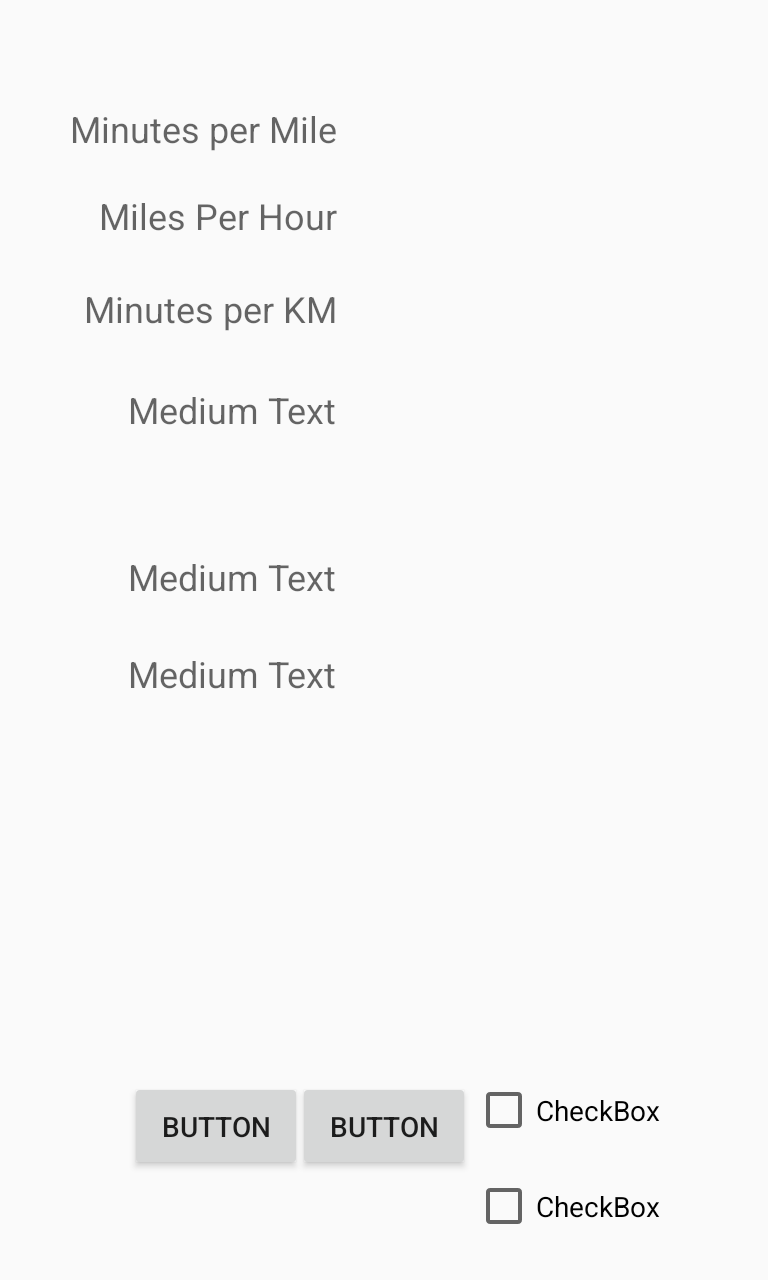
Repository: joeryan/android-class
Layout: PaceConverter/res/layout/fragment_main.xml
The author's editor kept a copy of each file at every save. The layout is drawn from the files as they stood at one save, then again after the next save.
It is drawn on a 768 x 1280 px phone screen (xhdpi) without system bars, with theme AppTheme; the app's code is not run.

Above is the layout before, as saved 2014-05-23 16:25:29.

### PaceConverter/res/layout/fragment_main.xml
<RelativeLayout xmlns:android="http://schemas.android.com/apk/res/android"
    xmlns:tools="http://schemas.android.com/tools"
    android:layout_width="match_parent"
    android:layout_height="match_parent"
    android:paddingBottom="@dimen/activity_vertical_margin"
    android:paddingLeft="@dimen/activity_horizontal_margin"
    android:paddingRight="@dimen/activity_horizontal_margin"
    android:paddingTop="@dimen/activity_vertical_margin"
    tools:context="us.clanryan.paceconverter.MainActivity$PlaceholderFragment" >

    <TextView
        android:id="@+id/txtMilesPerHour"
        android:layout_width="wrap_content"
        android:layout_height="wrap_content"
        android:layout_alignRight="@+id/txtMilesPerMinute"
        android:layout_below="@+id/txtMilesPerMinute"
        android:layout_marginTop="19dp"
        android:text="@string/MPH"
        android:textAppearance="?android:attr/textAppearanceMedium" />

    <TextView
        android:id="@+id/textView3"
        android:layout_width="wrap_content"
        android:layout_height="wrap_content"
        android:layout_alignRight="@+id/txtMilesPerHour"
        android:layout_below="@+id/txtMilesPerHour"
        android:layout_marginTop="22dp"
        android:text="@string/Min_per_KM"
        android:textAppearance="?android:attr/textAppearanceMedium" />

    <TextView
        android:id="@+id/txtKMPerHour"
        android:layout_width="wrap_content"
        android:layout_height="wrap_content"
        android:layout_alignRight="@+id/textView3"
        android:layout_below="@+id/textView3"
        android:layout_marginTop="26dp"
        android:text="Medium Text"
        android:textAppearance="?android:attr/textAppearanceMedium" />

    <TextView
        android:id="@+id/textView5"
        android:layout_width="wrap_content"
        android:layout_height="wrap_content"
        android:layout_alignLeft="@+id/txtKMPerHour"
        android:layout_below="@+id/txtKMPerHour"
        android:layout_marginTop="59dp"
        android:text="Medium Text"
        android:textAppearance="?android:attr/textAppearanceMedium" />

    <TextView
        android:id="@+id/textView6"
        android:layout_width="wrap_content"
        android:layout_height="wrap_content"
        android:layout_alignLeft="@+id/textView5"
        android:layout_below="@+id/textView5"
        android:layout_marginTop="24dp"
        android:text="Medium Text"
        android:textAppearance="?android:attr/textAppearanceMedium" />

    <TextView
        android:id="@+id/txtMilesPerMinute"
        android:layout_width="wrap_content"
        android:layout_height="wrap_content"
        android:layout_alignParentLeft="true"
        android:layout_alignParentTop="true"
        android:layout_marginLeft="19dp"
        android:layout_marginTop="36dp"
        android:text="@string/min_per_mile"
        android:textAppearance="?android:attr/textAppearanceMedium" />

    <Button
        android:id="@+id/button1"
        android:layout_width="wrap_content"
        android:layout_height="wrap_content"
        android:layout_alignLeft="@+id/textView6"
        android:layout_alignParentBottom="true"
        android:layout_marginBottom="37dp"
        android:text="Button" />

    <Button
        android:id="@+id/button2"
        android:layout_width="wrap_content"
        android:layout_height="wrap_content"
        android:layout_alignBottom="@+id/button1"
        android:layout_centerHorizontal="true"
        android:text="Button" />

    <CheckBox
        android:id="@+id/checkBox1"
        android:layout_width="wrap_content"
        android:layout_height="wrap_content"
        android:layout_alignTop="@+id/button2"
        android:layout_toRightOf="@+id/button2"
        android:text="CheckBox" />

    <CheckBox
        android:id="@+id/checkBox2"
        android:layout_width="wrap_content"
        android:layout_height="wrap_content"
        android:layout_alignLeft="@+id/checkBox1"
        android:layout_below="@+id/button2"
        android:text="CheckBox" />

</RelativeLayout>

### PaceConverter/res/values/strings.xml
<?xml version="1.0" encoding="utf-8"?>
<resources>

    <string name="app_name">PaceConverter</string>
    <string name="hello_world">Hello world!</string>
    <string name="action_settings">Settings</string>
    <string name="min_per_mile">Minutes per Mile</string>
    <string name="MPH">Miles Per Hour</string>
    <string name="Min_per_KM">Minutes per KM</string>
    <string name="KM_per_hour">KM per Hour:</string>
    <string name="total_time">Total run time:</string>
    <string name="total_distance">Total run distance:</string>
    <string name="clear">Clear</string>
    <string name="calc">Calculate</string>
    <string name="miles">Miles</string>
    <string name="kilometers">KM</string>

</resources>

Loaded but not shown: PaceConverter/res/values/styles.xml (common file); PaceConverter/res/values-v11/styles.xml (common file); PaceConverter/res/values-v14/styles.xml (common file); PaceConverter/res/values/dimens.xml (common file); PaceConverter/res/values-w820dp/dimens.xml (common file)

After the next save:
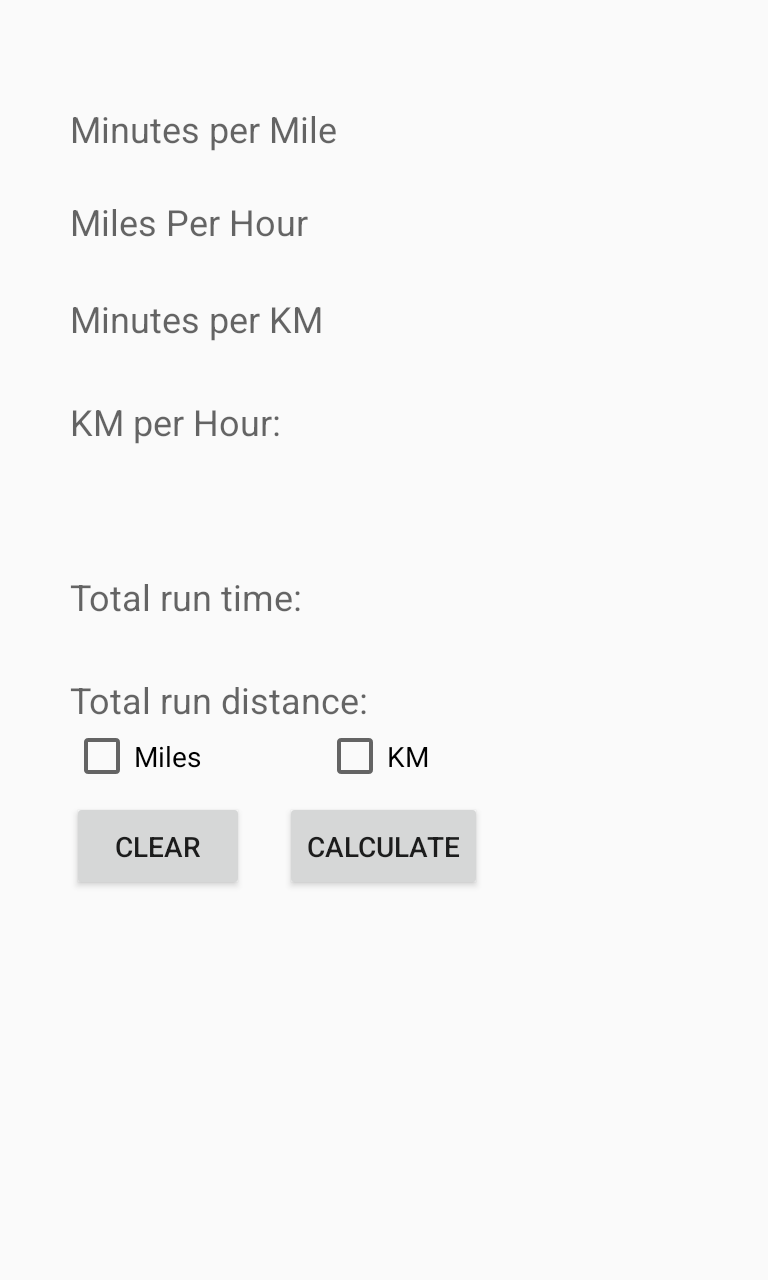
Saved 26 s later.
--- a/PaceConverter/res/layout/fragment_main.xml
+++ b/PaceConverter/res/layout/fragment_main.xml
@@ -7,56 +7,6 @@
     android:paddingRight="@dimen/activity_horizontal_margin"
     android:paddingTop="@dimen/activity_vertical_margin"
     tools:context="us.clanryan.paceconverter.MainActivity$PlaceholderFragment" >
-
-    <TextView
-        android:id="@+id/txtMilesPerHour"
-        android:layout_width="wrap_content"
-        android:layout_height="wrap_content"
-        android:layout_alignRight="@+id/txtMilesPerMinute"
-        android:layout_below="@+id/txtMilesPerMinute"
-        android:layout_marginTop="19dp"
-        android:text="@string/MPH"
-        android:textAppearance="?android:attr/textAppearanceMedium" />
-
-    <TextView
-        android:id="@+id/textView3"
-        android:layout_width="wrap_content"
-        android:layout_height="wrap_content"
-        android:layout_alignRight="@+id/txtMilesPerHour"
-        android:layout_below="@+id/txtMilesPerHour"
-        android:layout_marginTop="22dp"
-        android:text="@string/Min_per_KM"
-        android:textAppearance="?android:attr/textAppearanceMedium" />
-
-    <TextView
-        android:id="@+id/txtKMPerHour"
-        android:layout_width="wrap_content"
-        android:layout_height="wrap_content"
-        android:layout_alignRight="@+id/textView3"
-        android:layout_below="@+id/textView3"
-        android:layout_marginTop="26dp"
-        android:text="Medium Text"
-        android:textAppearance="?android:attr/textAppearanceMedium" />
-
-    <TextView
-        android:id="@+id/textView5"
-        android:layout_width="wrap_content"
-        android:layout_height="wrap_content"
-        android:layout_alignLeft="@+id/txtKMPerHour"
-        android:layout_below="@+id/txtKMPerHour"
-        android:layout_marginTop="59dp"
-        android:text="Medium Text"
-        android:textAppearance="?android:attr/textAppearanceMedium" />
-
-    <TextView
-        android:id="@+id/textView6"
-        android:layout_width="wrap_content"
-        android:layout_height="wrap_content"
-        android:layout_alignLeft="@+id/textView5"
-        android:layout_below="@+id/textView5"
-        android:layout_marginTop="24dp"
-        android:text="Medium Text"
-        android:textAppearance="?android:attr/textAppearanceMedium" />
 
     <TextView
         android:id="@+id/txtMilesPerMinute"
@@ -70,36 +20,87 @@
         android:textAppearance="?android:attr/textAppearanceMedium" />
 
     <Button
-        android:id="@+id/button1"
+        android:id="@+id/bCalc"
         android:layout_width="wrap_content"
         android:layout_height="wrap_content"
-        android:layout_alignLeft="@+id/textView6"
-        android:layout_alignParentBottom="true"
-        android:layout_marginBottom="37dp"
-        android:text="Button" />
+        android:layout_alignBottom="@+id/bClear"
+        android:layout_centerHorizontal="true"
+        android:text="@string/calc" />
 
     <Button
-        android:id="@+id/button2"
+        android:id="@+id/bClear"
         android:layout_width="wrap_content"
         android:layout_height="wrap_content"
-        android:layout_alignBottom="@+id/button1"
-        android:layout_centerHorizontal="true"
-        android:text="Button" />
+        android:layout_alignLeft="@+id/txtMilesPerMinute"
+        android:layout_below="@+id/txtTotalDistance"
+        android:layout_marginTop="37dp"
+        android:text="@string/clear" />
+
+    <TextView
+        android:id="@+id/txtTotalDistance"
+        android:layout_width="wrap_content"
+        android:layout_height="wrap_content"
+        android:layout_alignLeft="@+id/bClear"
+        android:layout_below="@+id/txtTotalTime"
+        android:layout_marginTop="27dp"
+        android:text="@string/total_distance"
+        android:textAppearance="?android:attr/textAppearanceMedium" />
+
+    <TextView
+        android:id="@+id/txtTotalTime"
+        android:layout_width="wrap_content"
+        android:layout_height="wrap_content"
+        android:layout_alignLeft="@+id/txtTotalDistance"
+        android:layout_below="@+id/txtKMPerHour"
+        android:layout_marginTop="63dp"
+        android:text="@string/total_time"
+        android:textAppearance="?android:attr/textAppearanceMedium" />
+
+    <TextView
+        android:id="@+id/txtKMPerHour"
+        android:layout_width="wrap_content"
+        android:layout_height="wrap_content"
+        android:layout_alignLeft="@+id/txtTotalTime"
+        android:layout_below="@+id/textView3"
+        android:layout_marginTop="27dp"
+        android:text="@string/KM_per_hour"
+        android:textAppearance="?android:attr/textAppearanceMedium" />
+
+    <TextView
+        android:id="@+id/textView3"
+        android:layout_width="wrap_content"
+        android:layout_height="wrap_content"
+        android:layout_alignLeft="@+id/txtKMPerHour"
+        android:layout_below="@+id/txtMilesPerHour"
+        android:layout_marginTop="24dp"
+        android:text="@string/Min_per_KM"
+        android:textAppearance="?android:attr/textAppearanceMedium" />
+
+    <TextView
+        android:id="@+id/txtMilesPerHour"
+        android:layout_width="wrap_content"
+        android:layout_height="wrap_content"
+        android:layout_alignLeft="@+id/txtMilesPerMinute"
+        android:layout_below="@+id/txtMilesPerMinute"
+        android:layout_marginTop="22dp"
+        android:text="@string/MPH"
+        android:textAppearance="?android:attr/textAppearanceMedium" />
 
     <CheckBox
-        android:id="@+id/checkBox1"
+        android:id="@+id/chkMiles"
         android:layout_width="wrap_content"
         android:layout_height="wrap_content"
-        android:layout_alignTop="@+id/button2"
-        android:layout_toRightOf="@+id/button2"
-        android:text="CheckBox" />
+        android:layout_alignLeft="@+id/bClear"
+        android:layout_below="@+id/txtTotalDistance"
+        android:text="@string/miles" />
 
     <CheckBox
-        android:id="@+id/checkBox2"
+        android:id="@+id/chkKM"
         android:layout_width="wrap_content"
         android:layout_height="wrap_content"
-        android:layout_alignLeft="@+id/checkBox1"
-        android:layout_below="@+id/button2"
-        android:text="CheckBox" />
+        android:layout_alignBaseline="@+id/chkMiles"
+        android:layout_alignBottom="@+id/chkMiles"
+        android:layout_toRightOf="@+id/textView3"
+        android:text="@string/kilometers" />
 
 </RelativeLayout>
